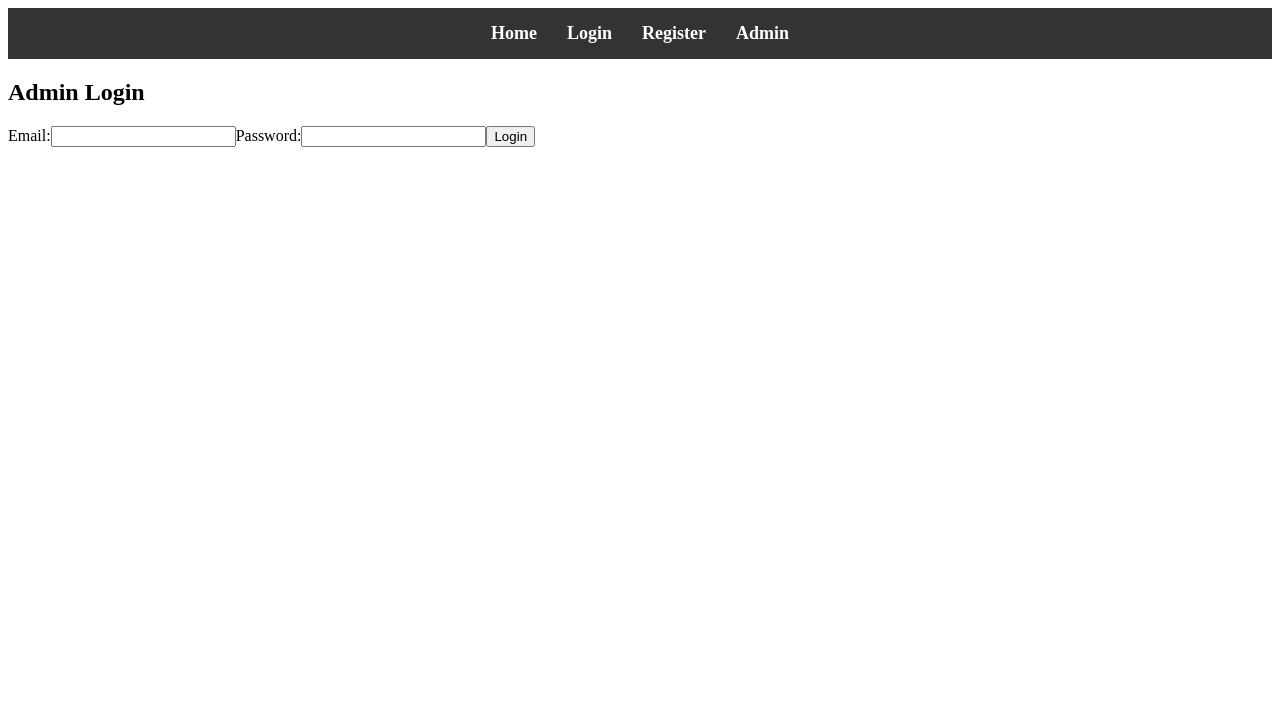
Repository: AhmedIbu/angular-login-app
Page: /admin-login (app in angular-login-app/)
An editor plug-in stored every save of this project. The page is shown before and after the next save, followed by the edit.
The browser window is 1280 px wide. The pictures show the whole page.
The project was rebuilt for these pictures with package versions that can differ from the ones it lists, and the page was loaded fresh each time. Also part of the build but not shown: angular-login-app/angular.json, angular-login-app/src/app/home/home.component.ts, angular-login-app/src/app/login/login.component.ts, angular-login-app/src/app/register/register.component.ts, angular-login-app/src/app/services/user.service.ts, angular-login-app/src/app/admin-dashboard/admin-dashboard.component.ts, angular-login-app/src/app/user-dashboard/user-dashboard.component.ts.

Above is the page before, as saved 2025-02-21 11:33:34.

### angular-login-app/src/index.html
<!doctype html>
<html lang="en">
<head>
  <meta charset="utf-8">
  <title>AngularLoginApp</title>
  <base href="/">
  <meta name="viewport" content="width=device-width, initial-scale=1">
  <link rel="icon" type="image/x-icon" href="favicon.ico">
</head>
<body>
  <app-root></app-root>
</body>
</html>

### angular-login-app/src/styles.css
/*  app components css   */

/* Style the navigation bar */
.navbar {
  background: #333;
  padding: 15px;
  text-align: center;
}

/* Style the list */
.nav-list {
  list-style: none;
  padding: 0;
  margin: 0;
  display: flex;
  justify-content: center;
}

/* Style the navigation links */
.nav-list li {
  margin: 0 15px;
}

.nav-link {
  text-decoration: none;
  color: white;
  font-size: 18px;
  font-weight: bold;
  transition: color 0.3s ease-in-out;
}

/* Hover effect */
.nav-link:hover {
  color: #385348;
}

/* Responsive design */
@media (max-width: 600px) {
  .nav-list {
    flex-direction: column;
  }

  .nav-list li {
    margin-bottom: 10px;
  }
}

### angular-login-app/src/main.ts
import { bootstrapApplication } from '@angular/platform-browser';
import { appConfig } from './app/app.config';
import { AppComponent } from './app/app.component';
import { provideHttpClient } from '@angular/common/http';

bootstrapApplication(AppComponent, {
  ...appConfig, // ✅ Spread existing config
  providers: [
    ...appConfig.providers, // ✅ Keep existing providers
    provideHttpClient() // ✅ Ensure HTTP client is provided
  ]
}).catch(err => console.error(err));

### angular-login-app/src/app/app.config.ts
import { ApplicationConfig } from '@angular/core';
import { provideRouter, Routes } from '@angular/router';
import { provideHttpClient } from '@angular/common/http';

// ✅ Import standalone components
import { HomeComponent } from './home/home.component';
import { LoginComponent } from './login/login.component';
import { RegisterComponent } from './register/register.component';
import { AdminDashboardComponent } from './admin-dashboard/admin-dashboard.component';
import { AdminLoginComponent } from './admin-login/admin-login.component';
import { UserDashboardComponent } from './user-dashboard/user-dashboard.component';

// ✅ Define routes
const routes: Routes = [
  { path: '', component: HomeComponent}, // Default route
  { path: 'login', component: LoginComponent },
  { path: 'register', component: RegisterComponent },
  { path: 'admin-login', component: AdminLoginComponent },
  { path: 'user-dashboard', component: UserDashboardComponent },
  { path: 'admin-dashboard', component: AdminDashboardComponent },
  { path: '**', redirectTo: 'user-dashboard' } // Catch-all for unknown routes
];

export const appConfig: ApplicationConfig = {
  providers: [
    provideRouter(routes),
    provideHttpClient()
  ]
};

### angular-login-app/src/app/app.component.ts
import { Component } from '@angular/core';
import { RouterModule } from '@angular/router';

@Component({
  selector: 'app-root',
  standalone: true,
  imports: [RouterModule],
  templateUrl: './app.component.html',
  styleUrls: ['./app.component.css','../styles.css']
})
export class AppComponent { }

### angular-login-app/src/app/admin-login/admin-login.component.ts
import { Component } from '@angular/core';
import { Router } from '@angular/router';
import { CommonModule } from '@angular/common';
import { FormsModule } from '@angular/forms';
import { AuthService } from '../services/auth.service';

@Component({
  selector: 'app-admin-login',
  standalone: true,
  templateUrl: './admin-login.component.html',
  styleUrls: ['./admin-login.component.css'],
  imports: [CommonModule, FormsModule],
})
export class AdminLoginComponent {
  email = '';
  password = '';
  errorMessage = '';
  loading = false; // ✅ Added loading state

  constructor(private authService: AuthService, private router: Router) {}

  onAdminLogin() {
    if (!this.email.trim() || !this.password.trim()) {
      this.errorMessage = 'All fields are required!';
      return;
    }

    this.loading = true; // ✅ Disable button while loading
    console.log('🟡 Admin login clicked:', { email: this.email, password: this.password });

    this.authService.adminLogin(this.email, this.password).subscribe({
      next: (response: { success: boolean; token?: string }) => {
        console.log('✅ Admin Login Response:', response);

        if (response.success && response.token) {  // ✅ Ensure token exists
          localStorage.setItem('admin_token', response.token);  // ✅ Store token
          localStorage.setItem('admin', 'true'); // ✅ Ensure localStorage is updated

          alert('Admin Login Successful!');
          setTimeout(() => {
            this.router.navigate(['/admin-dashboard']);
          }, 100);
        } else {
          this.errorMessage = 'Invalid admin credentials!';
        }
      },
      error: (error) => {
        console.error('❌ Admin Login Failed:', error);
        this.errorMessage = error.error?.message || 'Login failed. Please try again.';
      },
      complete: () => {
        this.loading = false; // ✅ Re-enable button
      },
    });
  }
}

### angular-login-app/src/app/app.component.html
<nav class="navbar">
  <ul class="nav-list">
    <li><a routerLink="/" class="nav-link">Home</a></li>
    <li><a routerLink="/login" class="nav-link">Login</a></li>
    <li><a routerLink="/register" class="nav-link">Register</a></li>
    <li><a routerLink="/admin-login" class="nav-link">Admin</a></li>
  </ul>
</nav>

<router-outlet></router-outlet>

### angular-login-app/src/app/services/auth.service.ts
import { Injectable } from '@angular/core';
import { HttpClient, HttpHeaders } from '@angular/common/http';
import { Observable, BehaviorSubject, of } from 'rxjs';
import { map, catchError, tap } from 'rxjs/operators';

@Injectable({
  providedIn: 'root'
})
export class AuthService {
  private apiUrl = 'http://127.0.0.1:5000'; // ✅ Flask API URL
  private isAuthenticated = new BehaviorSubject<boolean>(this.hasToken());

  constructor(private http: HttpClient) {}

  // ✅ Regular User Login (API)
  login(credentials: { email: string; password: string }): Observable<{ success: boolean; token?: string; isAdmin?: boolean }> {
    const headers = new HttpHeaders({ 'Content-Type': 'application/json' });

    return this.http.post<{ token: string; isAdmin: boolean }>(`${this.apiUrl}/login`, credentials, { headers }).pipe(
      tap(response => console.log('✅ User Login API Response:', response)), // ✅ Log API response
      map(response => {
        if (response.token) {
          this.saveToken(response.token);
          localStorage.setItem('isAdmin', JSON.stringify(response.isAdmin));
          return { success: true, token: response.token, isAdmin: response.isAdmin };
        }
        return { success: false };
      }),
      catchError(error => {
        console.error('❌ Login Error:', error);
        return of({ success: false });
      })
    );
  }

  // ✅ Admin Login (API Call)
  adminLogin(email: string, password: string): Observable<{ success: boolean; token?: string }> {
    const headers = new HttpHeaders({ 'Content-Type': 'application/json' });

    return this.http.post<{ success: boolean; token?: string }>(`${this.apiUrl}/admin-login`, { email, password }, { headers }).pipe(
      tap(response => console.log('✅ Admin Login API Response:', response)), // ✅ Log API response
      map(response => {
        if (response.success && response.token) {
          this.saveToken(response.token);
          localStorage.setItem('admin', 'true'); // ✅ Save admin status
          return { success: true, token: response.token };
        }
        return { success: false };
      }),
      catchError(error => {
        console.error('❌ Admin Login Error:', error);
        return of({ success: false });
      })
    );
  }

  // ✅ Save Token
  saveToken(token: string) {
    localStorage.setItem('token', token);
    this.isAuthenticated.next(true);
  }

  // ✅ Retrieve Token
  getToken(): string | null {
    return localStorage.getItem('token');
  }

  // ✅ Check if Token Exists
  hasToken(): boolean {
    return !!localStorage.getItem('token');
  }

  // ✅ Check if Admin is Logged In
  isAdmin(): boolean {
    return localStorage.getItem('admin') === 'true' && this.hasToken();
  }

  // ✅ User Registration
  register(userData: any): Observable<any> {
    return this.http.post(`${this.apiUrl}/register`, userData).pipe(
      tap(response => {
        console.log('✅ Registration successful', response);
        alert('Registration successful! You can now log in.');
      }),
      catchError(error => {
        console.error('❌ Registration failed', error);
        alert('Registration failed. Try again.');
        return of(null);
      })
    );
  }

  // ✅ Logout & Clear Everything
  logout() {
    localStorage.removeItem('token');
    localStorage.removeItem('admin');
    this.isAuthenticated.next(false);
    window.location.reload(); // 🔹 Force refresh to clear session issues
  }

  // ✅ Observe Auth Status (for Guards)
  isAuthenticated$(): Observable<boolean> {
    return this.isAuthenticated.asObservable();
  }
}

### angular-login-app/src/app/admin-login/admin-login.component.html
<div class=""></div>
<h2>Admin Login</h2>
<form (ngSubmit)="onAdminLogin()">
  <label>Email:</label>
  <input type="email" [(ngModel)]="email" name="email" required />

  <label>Password:</label>
  <input type="password" [(ngModel)]="password" name="password" required />

  <button type="submit">Login</button>
  <p *ngIf="errorMessage" style="color: red">{{ errorMessage }}</p>
</form>

### angular-login-app/src/app/admin-login/admin-login.component.css
/* Full-page background with gradient */
.admin-login-container {
    display: flex;
    justify-content: center;
    align-items: center;
    height: 100vh;
    background: linear-gradient(135deg, #6a11cb, #2575fc); /* Same as Register */
    font-family: "Poppins", sans-serif;
  }

  /* Admin login box */
  .admin-login-box {
    background: rgba(255, 255, 255, 0.1);
    padding: 30px;
    border-radius: 10px;
    box-shadow: 0 0 15px rgba(255, 255, 255, 0.2);
    width: 320px;
    text-align: center;
  }

  /* Input fields */
  .admin-login-box input {
    width: 100%;
    padding: 12px;
    margin: 10px 0;
    border: none;
    border-radius: 5px;
    background: rgba(255, 255, 255, 0.2);
    color: #fff;
    font-size: 16px;
    outline: none;
  }

  /* Placeholder text */
  .admin-login-box input::placeholder {
    color: rgba(255, 255, 255, 0.7);
  }

  /* Login button */
  .admin-login-box button {
    width: 100%;
    padding: 12px;
    margin-top: 10px;
    border: none;
    border-radius: 5px;
    background: #ff7eb3; /* Same button color as Register */
    color: white;
    font-size: 18px;
    cursor: pointer;
    transition: 0.3s ease-in-out;
  }

  /* Button hover effect */
  .admin-login-box button:hover {
    background: #ff4f8b;
    transform: scale(1.05);
  }

  /* Admin text */
  .admin-login-box h2 {
    color: white;
    margin-bottom: 15px;
  }

Loaded but not shown: angular-login-app/src/app/app.component.css (no stored copy; drawn as an empty file)

After the next save:
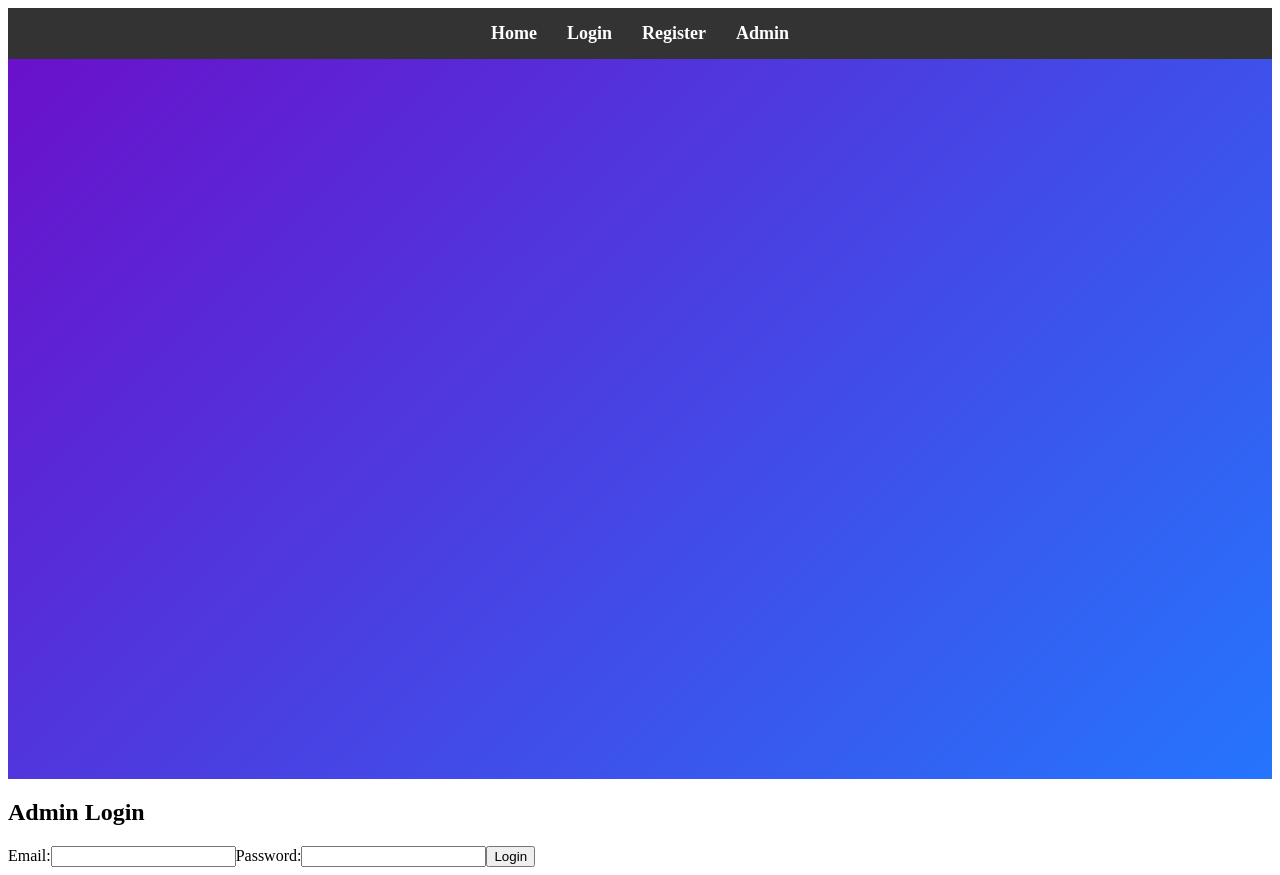
Saved 5 s later.
--- a/angular-login-app/src/app/admin-login/admin-login.component.html
+++ b/angular-login-app/src/app/admin-login/admin-login.component.html
@@ -1,4 +1,4 @@
-<div class=""></div>
+<div class="admin-login-container"></div>
 <h2>Admin Login</h2>
 <form (ngSubmit)="onAdminLogin()">
   <label>Email:</label>
